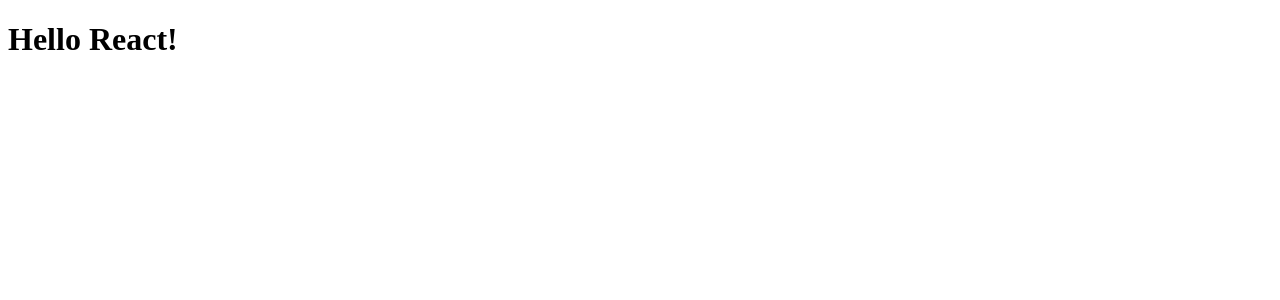
Repository: Alphosmart/03_pizza-menu
Page: /
These files come from the project's save history. The page is drawn as it stood at one moment and after the next save; the edit follows.
The browser window is 1280 px wide. The pictures show the whole page.
The project was rebuilt for these pictures with package versions that can differ from the ones it lists, and the page was loaded fresh each time.

Above is the page before, as saved 2024-05-26 13:01:41.

### src/index.js
import React from "react";
import ReactDOM from "react-dom/client";

function App() {
  return <h1>Hello React!</h1>;
}

const root = ReactDOM.createRoot(document.getElementById("root"));
root.render(<App />);

Loaded but not shown: public/index.html (common file)

After the next save:
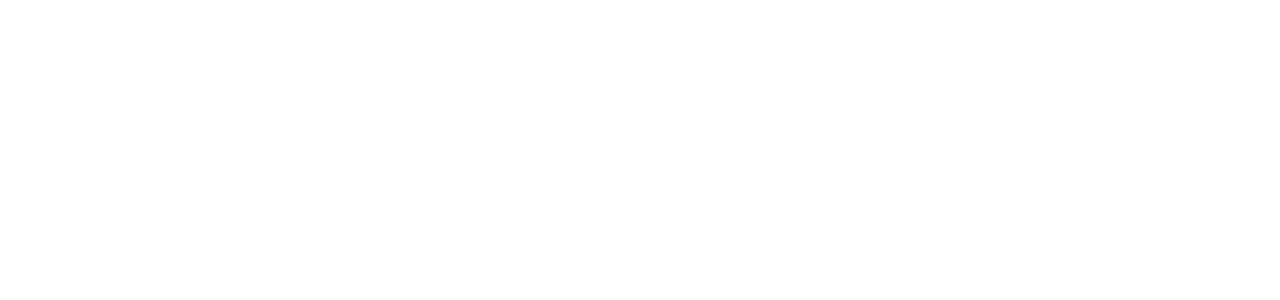
Saved 34 s later.
--- a/src/index.js
+++ b/src/index.js
@@ -1,8 +1,8 @@
 import React from "react";
-import ReactDOM from "react-dom/client";
+import ReactDOM from "react-dom/";
 
 function App() {
-  return <h1>Hello React!</h1>;
+  <h1>Hello React!</h1>;
 }
 
 const root = ReactDOM.createRoot(document.getElementById("root"));

After the 3 saves that followed:
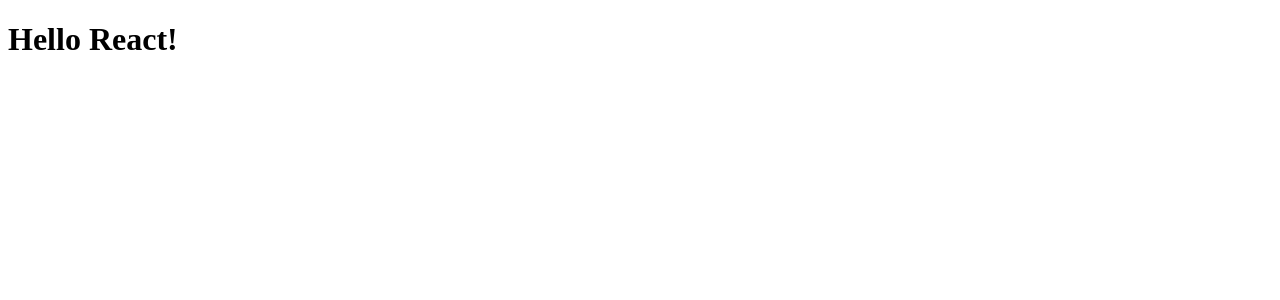
The 3 saves are shown as one change because 1 did not build or start and 1 left the picture as it was.
The last was saved 5 min 41 s later.
--- a/src/index.js
+++ b/src/index.js
@@ -1,8 +1,8 @@
 import React from "react";
-import ReactDOM from "react-dom/";
+import ReactDOM from "react-dom/client";
 
 function App() {
-  <h1>Hello React!</h1>;
+  return <h1>Hello React!</h1>;
 }
 
 const root = ReactDOM.createRoot(document.getElementById("root"));
